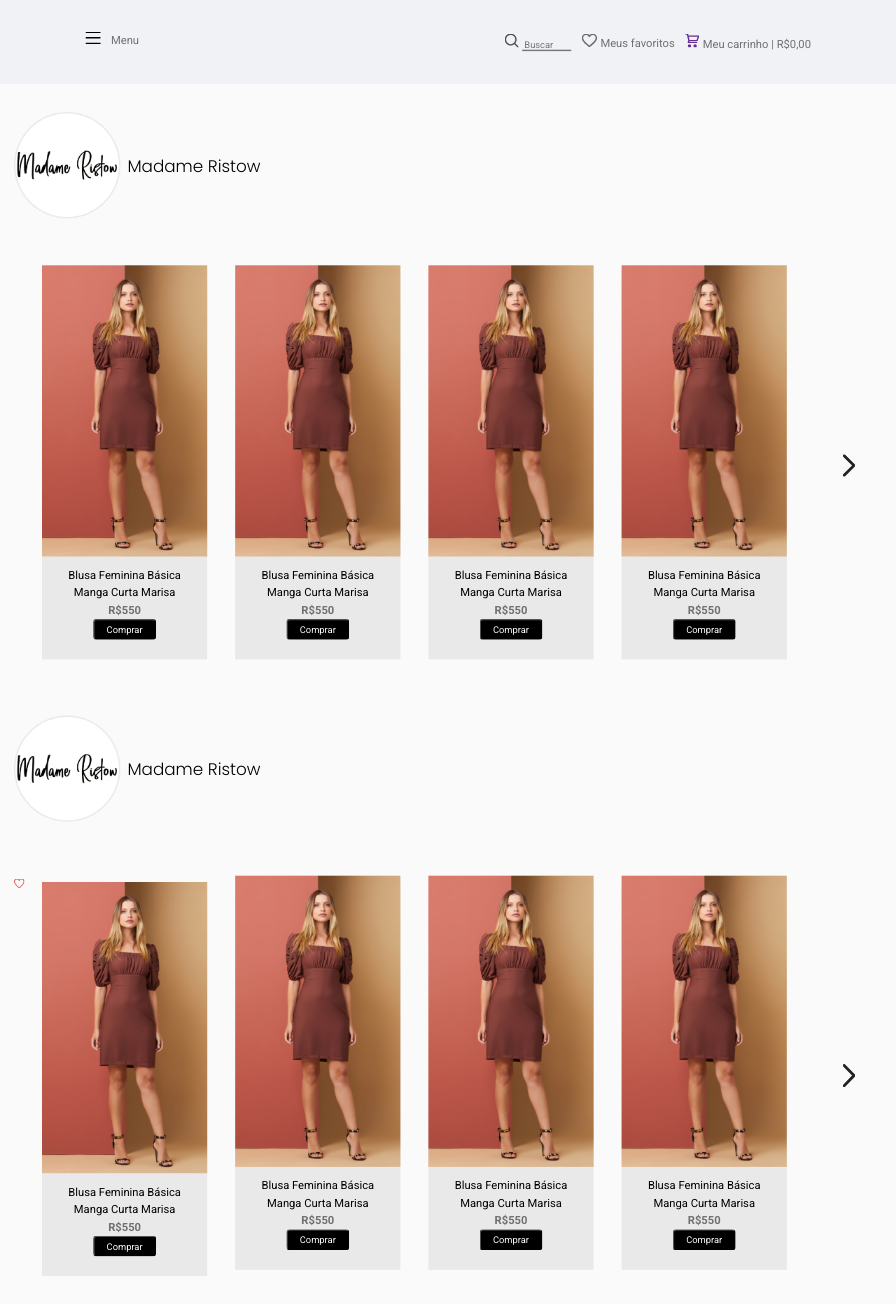
Repository: gutobarbosa/FrontEndLojaVirtual
Page: /
The author's editor kept a copy of each file at every save. The page is drawn from the files as they stood at one save, then again after the next save.
The browser window is 1280 px wide. The pictures show the whole page, at 70% of full size.
The project was rebuilt for these pictures with package versions that can differ from the ones it lists, and the page was loaded fresh each time. Also part of the build but not shown: src/pages/Repository/styles.ts, src/services/api.ts, src/pages/Repository/index.tsx.

Above is the page before, as saved 2020-11-21 23:51:39.

After the next save:
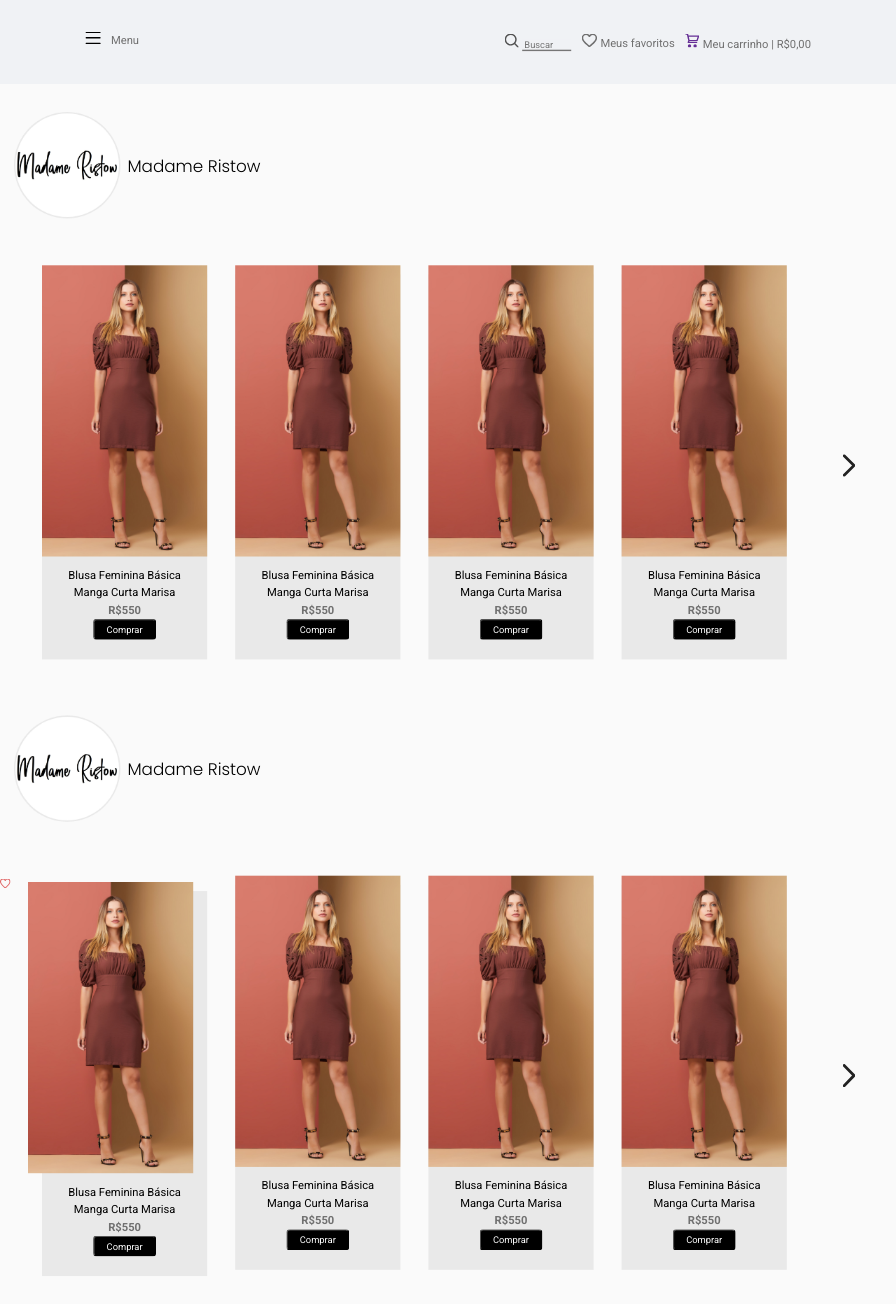
Saved 50 s later.
--- a/src/pages/Dashboard/styles.ts
+++ b/src/pages/Dashboard/styles.ts
@@ -33,6 +33,10 @@
 display: flex;
 align-items: center;
 
+    .containerBox img {
+        position: relative;
+        right: 20px;
+    }
     .productBox {
         width: 236px;
         height: 550px;
@@ -86,4 +90,5 @@
         font-weight: bold;
     }
 
+
 `;

After the 2 saves that followed:
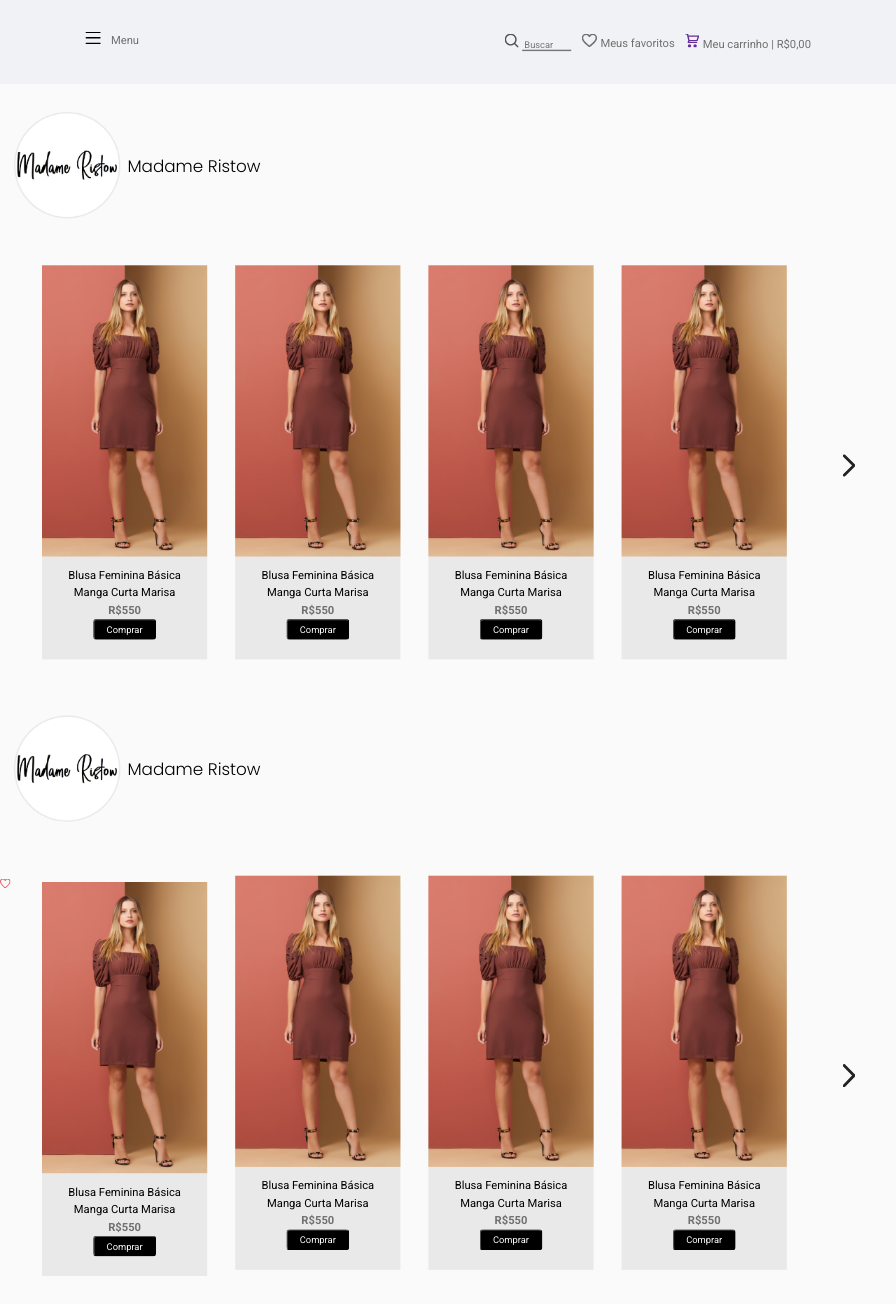
The 2 saves are shown as one change because 1 left the picture as it was.
The last was saved 105 s later.
--- a/src/pages/Dashboard/index.tsx
+++ b/src/pages/Dashboard/index.tsx
@@ -83,7 +83,9 @@ const Dashboard: React.FC = () => {
     </Container>
     <ContainerProducts>
         <div className="containerBox">
-        <img src={iconheart} alt="Product" />
+            <div className="heart">
+             <img src={iconheart} alt="Product" />
+            </div>
         <div className="productBox">
             <div className="productImage">
             <img src={productimage} alt="Product" />
--- a/src/pages/Dashboard/styles.ts
+++ b/src/pages/Dashboard/styles.ts
@@ -33,9 +33,9 @@
 display: flex;
 align-items: center;
 
-    .containerBox img {
+    .heart img {
         position: relative;
-        right: 20px;
+        right: 20px
     }
     .productBox {
         width: 236px;
